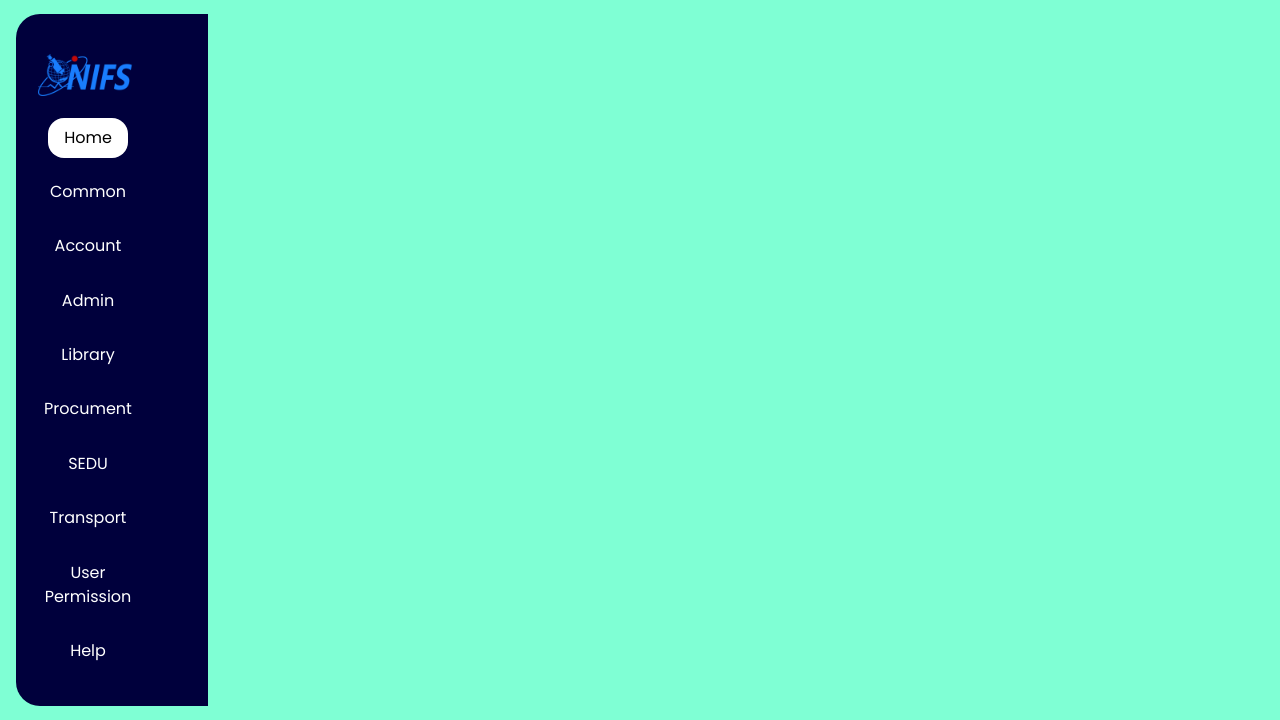
Repository: virangaj/NIFS-WebApp
Page: / (app in client/)
An editor plug-in stored every save of this project. The page is shown before and after the next save, followed by the edit.
The browser window is 1280 px wide. The pictures show the whole page.
The project was rebuilt for these pictures with package versions that can differ from the ones it lists, and the page was loaded fresh each time. Also part of the build but not shown: client/src/pages/Login.tsx, client/src/components/Transport/shared/TransportNavbar.js, client/src/pages/TransportMainPage.tsx, client/src/pages/CommonMainPage.tsx, client/src/pages/AccountMainPage.tsx, client/src/pages/AdminMainPage.tsx, client/src/pages/LibraryMainPage.js, client/src/pages/ProcumentMainPage.js and 16 more.

Above is the page before, as saved 2022-07-30 23:05:38.

After the next save:
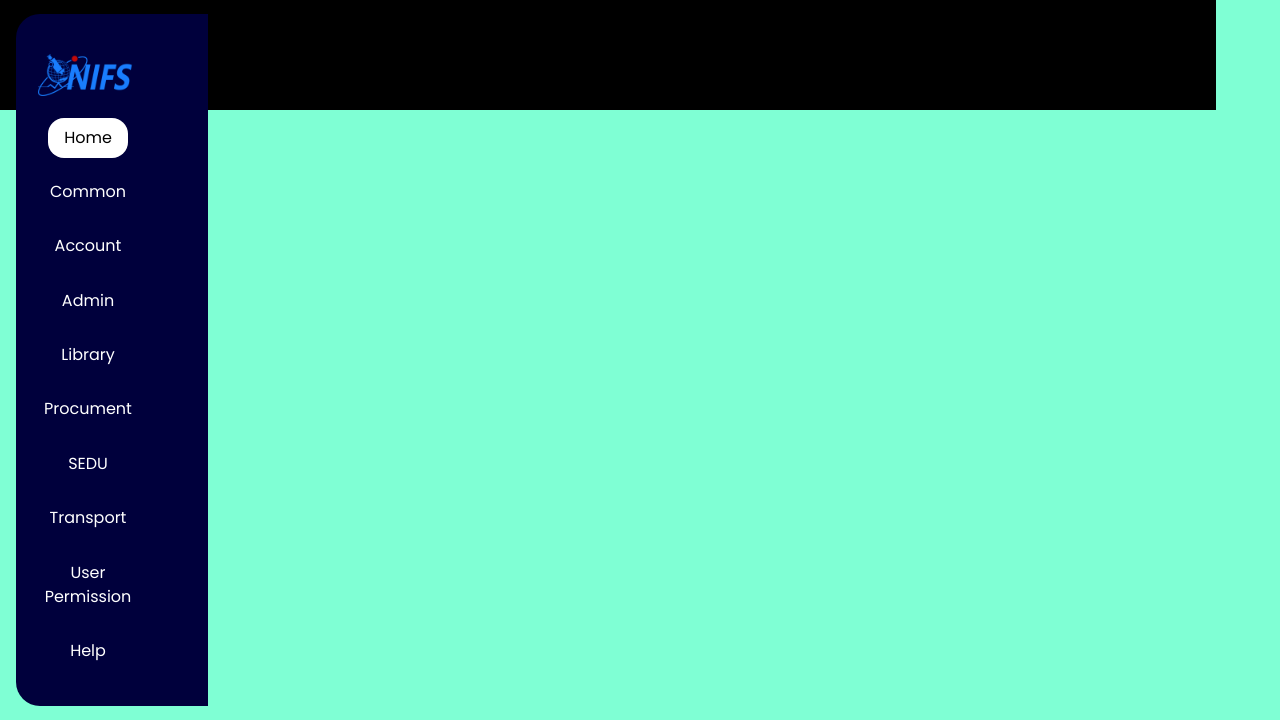
Saved 8 s later.
--- a/client/src/App.tsx
+++ b/client/src/App.tsx
@@ -21,7 +21,7 @@ function App() {
 
 
   return (
-    <div className='w-[95%] flex justify-center flex-col'>
+    <div className='w-[95%] flex justify-center flex-col bg-black'>
       <Router>
         {/* <Navbar /> */}
         <div>
